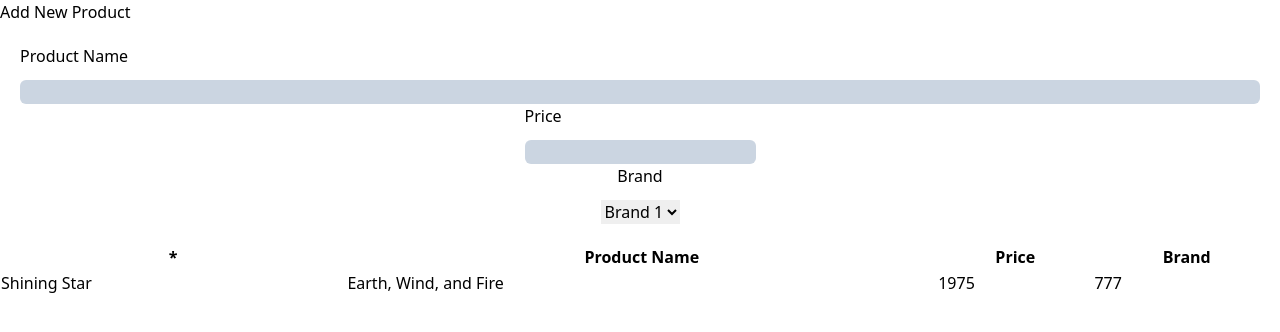
Repository: Semanmernstack/next-13-prisma-crud
Page: /product
These files come from the project's save history. The page is drawn as it stood at one moment and after the next save; the edit follows.
The browser window is 1280 px wide. The pictures show the whole page.
The project was rebuilt for these pictures with package versions that can differ from the ones it lists, and the page was loaded fresh each time. The framework's server and built-in components were replaced by stand-ins that run in the browser. Also part of the build but not shown: next.config.js.

Above is the page before, as saved 2023-06-01 00:54:59.

After the next save:
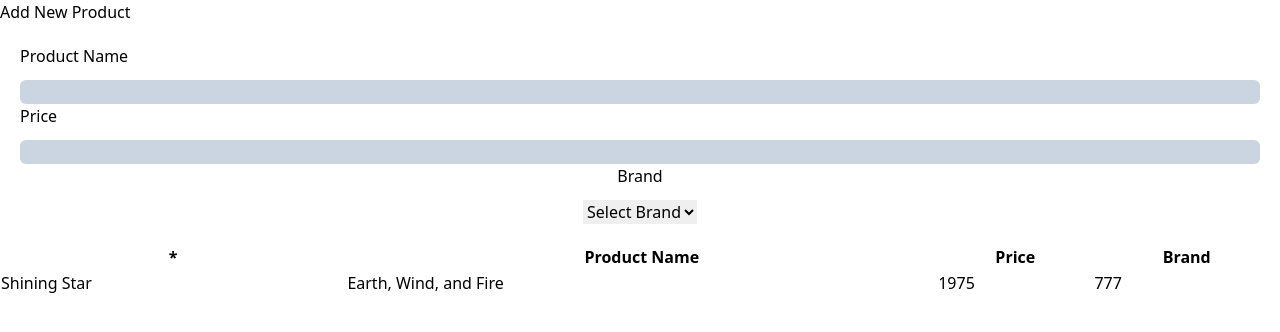
Saved 6 min 32 s later.
--- a/app/components/AddPrisma.tsx
+++ b/app/components/AddPrisma.tsx
@@ -18,14 +18,14 @@
                 <label>Product Name</label>
                 <input className='w-full bg-slate-300 rounded-md outline-none' type="text" value={product} onChange={(e) => setProduct(e.target.value)} />
             </div>
-            <div className='flex flex-col space-y-3'>
+            <div className='flex flex-col space-y-3 w-full'>
                 <label >Price</label>
-                <input className='w-ful bg-slate-300 rounded-md' type="text" value={price} onChange={(e) => setPrice(e.target.value)} />
+                <input className='w-ful bg-slate-300 rounded-md outline-none' type="text" value={price} onChange={(e) => setPrice(e.target.value)} />
             </div>
             <div className='flex flex-col items-center space-y-3 w-full'  >
                 <label>Brand</label>
                 <select value={brand} onChange={(e) => setBrand(e.target.value)} >
-                    <option value="" disabled>Brand 1</option>
+                    <option value="" disabled> Select Brand </option>
                     <option value="">Brand 2</option>
                 </select>
             </div>
